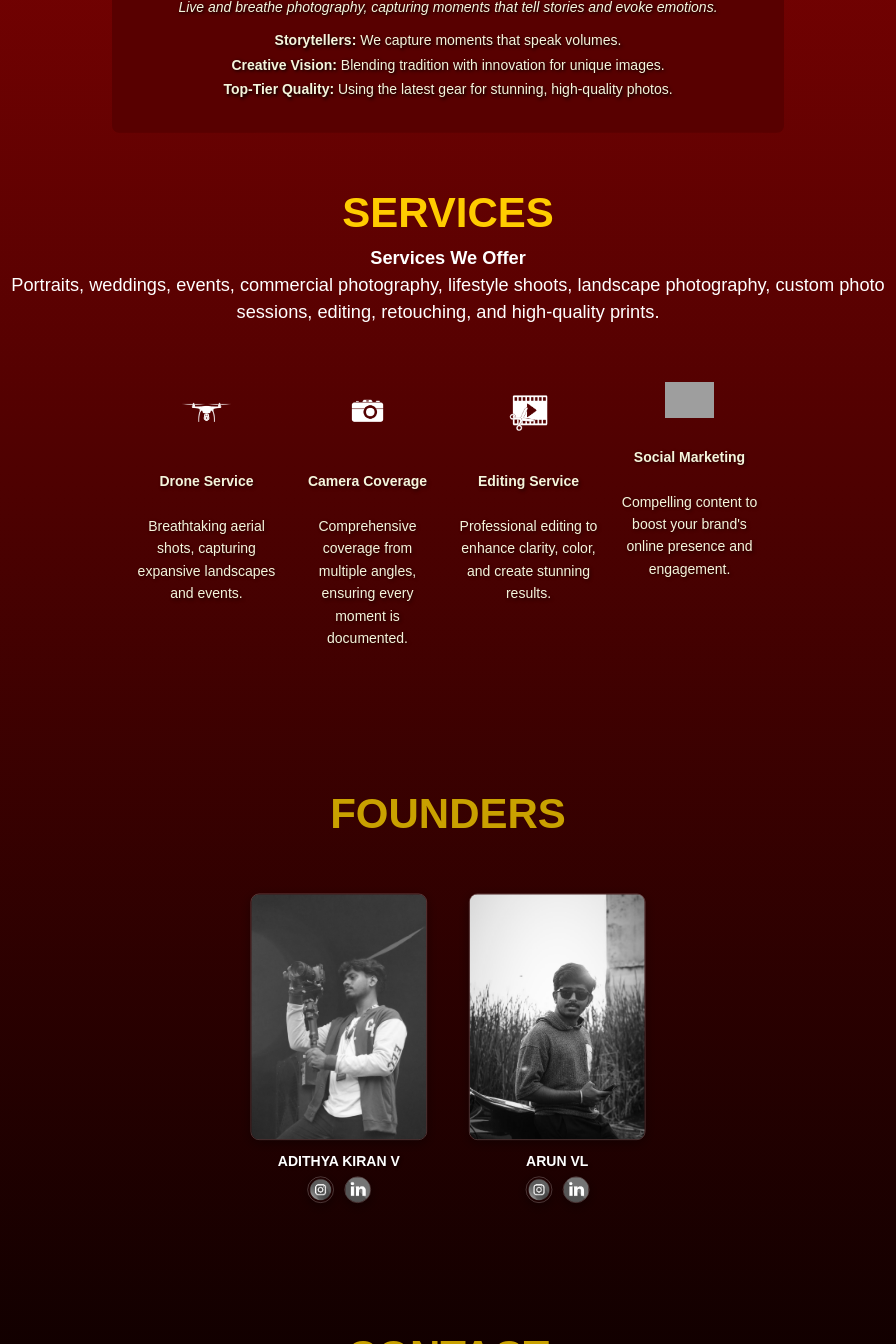
Repository: adithyakiran47/lensverse-frontend
Page: / (app in frontend/)
An editor plug-in stored every save of this project. The page is shown before and after the next save, followed by the edit.
The browser window is 1280 px wide. The pictures show the part of the page from y = 991 to 2911 px (the page is 3283 px tall before and 3472 px after), at 70% of full size.
Pictures or frames that could not be fetched are drawn as grey boxes. The project was rebuilt for these pictures with package versions that can differ from the ones it lists, and the page was loaded fresh each time. Also part of the build but not shown: frontend/src/components/BookingForm.css, frontend/src/components/BookingForm.js.

Above is the page before, as saved 2025-06-20 22:06:42.

### frontend/public/index.html
<!DOCTYPE html>
<html lang="en">
  <head>
    <meta charset="utf-8" />
    <link rel="icon" href="%PUBLIC_URL%/favicon.ico" />
    <meta name="viewport" content="width=device-width, initial-scale=1" />
    <meta name="theme-color" content="#000000" />
    <meta
      name="description"
      content="Web site created using create-react-app"
    />
    <link rel="apple-touch-icon" href="%PUBLIC_URL%/logo192.png" />
    <!--
      manifest.json provides metadata used when your web app is installed on a
      user's mobile device or desktop. See https://developers.google.com/web/fundamentals/web-app-manifest/
    -->
    <link rel="manifest" href="%PUBLIC_URL%/manifest.json" />
    <!--
      Notice the use of %PUBLIC_URL% in the tags above.
      It will be replaced with the URL of the `public` folder during the build.
      Only files inside the `public` folder can be referenced from the HTML.

      Unlike "/favicon.ico" or "favicon.ico", "%PUBLIC_URL%/favicon.ico" will
      work correctly both with client-side routing and a non-root public URL.
      Learn how to configure a non-root public URL by running `npm run build`.
    -->
    <title>React App</title>
  </head>
  <body>
    <noscript>You need to enable JavaScript to run this app.</noscript>
    <div id="root"></div>
    <!--
      This HTML file is a template.
      If you open it directly in the browser, you will see an empty page.

      You can add webfonts, meta tags, or analytics to this file.
      The build step will place the bundled scripts into the <body> tag.

      To begin the development, run `npm start` or `yarn start`.
      To create a production bundle, use `npm run build` or `yarn build`.
    -->
      <footer class="footer">
  <div class="footer-content">
    <p>© 2025 <strong>Lensverse</strong>. All rights reserved.</p>
    <p>Made with ❤️ by the Lensverse Team</p>
  </div>
</footer>

  </body>
</html>

### frontend/src/App.js
import React, { useState } from 'react';
import './App.css';

import Header from './components/Header';
import Banner from './components/Banner';
import About from './components/About';
import Services from './components/Services';
import Team from './components/Team';
import Contact from './components/Contact';
import BookingForm from './components/BookingForm';


function App() {
  const [showForm, setShowForm] = useState(false);

  return (
    <>
      <Header />
      <Banner onBookClick={() => setShowForm(true)} />
      <About />
      <Services />
      <Team />
      <Contact />

      {showForm && (
  <div className="popup-backdrop">
    <div className="popup-form">
      <BookingForm
        onClose={() => setShowForm(false)}
        onSuccess={() => setShowForm(false)}
      />
    </div>
  </div>
)}

    </>
  );
}

export default App;

### frontend/src/App.css
.App {
  text-align: center;
}

.App-logo {
  height: 40vmin;
  pointer-events: none;
}

@media (prefers-reduced-motion: no-preference) {
  .App-logo {
    animation: App-logo-spin infinite 20s linear;
  }
}

.App-header {
  background-color: #282c34;
  min-height: 100vh;
  display: flex;
  flex-direction: column;
  align-items: center;
  justify-content: center;
  font-size: calc(10px + 2vmin);
  color: white;
}

.App-link {
  color: #61dafb;
}

@keyframes App-logo-spin {
  from {
    transform: rotate(0deg);
  }
  to {
    transform: rotate(360deg);
  }
}
.popup-backdrop {
  position: fixed;
  top: 0;
  left: 0;
  height: 100%;
  width: 100%;
  background: rgba(0, 0, 0, 0.7);
  display: flex;
  align-items: center;
  justify-content: center;
  z-index: 999;
}

.popup-form {
  background: transparent; /* ✅ remove white */
  box-shadow: none;        /* optional: remove white drop shadow */
  border: none;
  padding: 0;
}

.close-btn {
  position: absolute;
  top: 10px;
  right: 15px;
  background: none;
  border: none;
  font-size: 20px;
  cursor: pointer;
}
.banner {
  display: flex;
  justify-content: space-between;
  align-items: center;
  padding: 40px;
  max-width: 1200px;
  margin: auto;
}

.banner h2 {
  font-size: 2rem;
  margin-bottom: 10px;
}

.banner p {
  font-size: 1.1rem;
  margin-bottom: 20px;
}

.banner button {
  padding: 10px 20px;
  background-color: #003f70;
  color: white;
  border: none;
  border-radius: 5px;
  cursor: pointer;
  font-size: 1rem;
}

.banner img {
  max-width: 150px;
  height: auto;
}

.banner-left {
  flex: 1;
  padding-right: 20px;
}

.banner-right {
  flex: 0 0 200px;
  display: flex;
  justify-content: center;
  align-items: center;
}
/* App.css */
body {
  margin: 0;
  padding: 0;
  background: linear-gradient(to bottom, #a00202, #000000);
  font-family: 'Segoe UI', Tahoma, Geneva, Verdana, sans-serif;
  color: white;
}

.footer {
  background: rgba(0, 0, 0, 0.6);
  padding: 30px 20px;
  text-align: center;
  color: #ddd;
  font-family: "Montserrat", sans-serif;
  font-size: 14px;
  /*border-top: 1px solid rgba(255, 255, 255, 0.1);*/
}

.footer-content p {
  margin: 6px 0;
  text-shadow: 1px 1px 4px rgba(0, 0, 0, 0.5);
}

.footer-content strong {
  color: #ff4c4c;
}
.popup-form {
  height: 50vh;              /* ✅ 50% of screen height */
  overflow-y: auto;          /* ✅ vertical scroll enabled */
  overflow-x: hidden;        /* ❌ disable horizontal scroll */
  padding: 30px;
  border-radius: 20px;
  background: transparent;
  box-shadow: 0 10px 40px rgba(0, 0, 0, 0.3);
}
.glass-form {
  width: 100%;
  max-width: 720px;
  margin: 0 auto;
  padding: 20px;
  box-sizing: border-box;
}

### frontend/src/components/Header.js
// src/components/Header.js
import React from 'react';
import './Header.css'; // We'll create this next

const Header = () => {
  return (
    <div id="header">
      <div className="container">
        <div className="head1">
          <h1>LENSVERSE</h1>
        </div>
      </div>
    </div>
  );
};

export default Header;

### frontend/src/components/Banner.js
import React from 'react';
import './Banner.css';

const Banner = ({ onBookClick }) => {
  return (
    <div id="banner">
      <div className="container">
        <div className="banner-wrapper">
          <div className="banner-left">
            <h2 className="cap">Capturing every moment with precision</h2>
            <p>Lensverse, your coverage team in action!</p>
            <div className="from">
              <button onClick={onBookClick}>BOOK</button>
            </div>
          </div>
          <div className="banner-right">
            <img src="channel logo new transparent.png" alt="Lensverse Banner" />
          </div>
        </div>
      </div>
    </div>
  );
};

export default Banner;

### frontend/src/components/About.js
import React from 'react';
import './About.css';

const About = () => {
  return (
    <div id="about">
      <div className="container">
        <div className="about-wrapper">
          <div className="about-content">
            <h2>About Us - LENSVERSE</h2>
            <p><em>Live and breathe photography, capturing moments that tell stories and evoke emotions.</em></p>
            <ul>
              <li><b>Storytellers:</b> We capture moments that speak volumes.</li>
              <li><b>Creative Vision:</b> Blending tradition with innovation for unique images.</li>
              <li><b>Top-Tier Quality:</b> Using the latest gear for stunning, high-quality photos.</li>
            </ul>
          </div>
        </div>
      </div>
    </div>
  );
};

export default About;

### frontend/src/components/Services.js
// src/components/Services.js
import React from 'react';
import './Services.css';

const Services = () => {
  return (
    <div id="services">
      <div className="container">
        <div className="service-title">
          <h3>SERVICES</h3>
          <p><b>Services We Offer</b><br />
            Portraits, weddings, events, commercial photography, lifestyle shoots, landscape photography, custom photo sessions, editing, retouching, and high-quality prints.
          </p>
        </div>

        <div className="service-details">
          <div className="service-detail">
            <img src="/drone.png" alt="Drone Service" />
            <p><b>Drone Service</b><br /><br />Breathtaking aerial shots, capturing expansive landscapes and events.</p>
          </div>

          <div className="service-detail">
            <img src="/camera.png" alt="Camera Coverage" />
            <p><b>Camera Coverage</b><br /><br />Comprehensive coverage from multiple angles, ensuring every moment is documented.</p>
          </div>

          <div className="service-detail">
            <img src="/editing.png" alt="Editing Service" />
            <p><b>Editing Service</b><br /><br />Professional editing to enhance clarity, color, and create stunning results.</p>
          </div>

          <div className="service-detail">
            <img src="/social.png" alt="Social Marketing" />
            <p><b>Social Marketing</b><br /><br />Compelling content to boost your brand's online presence and engagement.</p>
          </div>
        </div>
      </div>
    </div>
  );
};

export default Services;

### frontend/src/components/Team.js
// src/components/Team.js
import React from 'react';
import './Team.css';

const Team = () => {
  return (
    <div id="team">
      <div className="container">
        <div className="members">
          <h4>FOUNDERS</h4>
          <div className="member service-details">

            <div className="kiran">
              <img src="IMG_0384.JPG" alt="Adithya Kiran V" />
              <h5>ADITHYA KIRAN V</h5>
              <div className="social">
                <a href="https://www.instagram.com/adithya.x/" target="_blank" rel="noreferrer">
                  <img src="/instagramlogo.png" alt="Instagram" />
                </a>
                <a href="https://linkedin.com" target="_blank" rel="noreferrer">
                  <img src="linkedin.png" alt="LinkedIn" />
                </a>
              </div>
            </div>

            <div className="vl">
              <img src="IMG_0383.JPG" alt="Arun VL" />
              <h6>ARUN VL</h6>
              <div className="social">
                <a href="https://www.instagram.com/__arun_vl__/" target="_blank" rel="noreferrer">
                  <img src="/instagramlogo.png" alt="Instagram" />
                </a>
                <a href="https://linkedin.com" target="_blank" rel="noreferrer">
                  <img src="linkedin.png" alt="LinkedIn" />
                </a>
              </div>
            </div>

          </div>
        </div>
      </div>
    </div>
  );
};

export default Team;

### frontend/src/components/Contact.js
// src/components/Contact.js
import React from 'react';
import './Contact.css';

const Contact = () => {
  return (
    <div id="contact">
      <div className="container">
        <div className="contactdetails">
          <h4>CONTACT</h4>
          <div className="contact-details">

            <div className="instapng">
              <a href="https://www.instagram.com/__lensverse__/" target="_blank" rel="noreferrer">
                <img src="instagramlogo.png" alt="Instagram" />
              </a>
            </div>

            <div className="mailpng">
              <a href="mailto:lensversecontact@gmail.com">
                <img src="mail.png" alt="Email" />
              </a>
            </div>

          </div>
        </div>
      </div>
    </div>
  );
};

export default Contact;

### frontend/src/components/Header.css
#header {
  background: rgba(255, 255, 255, 0.1); /* Light transparent white */
  backdrop-filter: blur(10px); /* Creates the frosted glass blur */
  -webkit-backdrop-filter: blur(10px); /* For Safari */
  padding: 15px 0;
  text-shadow: 2px 2px 5px rgba(0, 0, 0, 0.485);
  border-bottom: 1px solid rgba(255, 255, 255, 0.2); /* Optional border */
  box-shadow: 0 4px 10px rgba(0, 0, 0, 0.2); /* Optional soft shadow */
  color:aliceblue;
}

.head1 h1 {
  font-family: "Bebas Neue", sans-serif;
  font-size: 50px;
  color: white;
  transition: color 0.3s ease;
  text-align: center;
  margin: 0;

}

.head1 h1:hover{
  color:rgb(196, 196, 196);
}

### frontend/src/components/Banner.css
#banner {
 /* background: linear-gradient(to bottom, #ff0000, #000000); /* Optional gradient */
  color: aliceblue;
  padding: 60px 20px;
  text-align: center; /* Center all content */
}

.banner-wrapper {
  display: flex;
  flex-direction: column; /* Stack content vertically */
  align-items: center;
  gap: 30px;
}

.banner-left .cap {
  font-size: 42px; /* Increased font size */
  font-weight: 600;
  margin-bottom: 20px;
  font-family: "Bebas Neue", sans-serif;
  text-shadow: 2px 2px 6px rgba(0, 0, 0, 0.5);
}

.banner-left p {
  font-size: 20px;
  margin-bottom: 30px;
  color: #ddd;
}

.from button {
  background-color: rgb(0, 55, 94);
  color: white;
  font-size: 18px;
  padding: 14px 28px;
  border: none;
  border-radius: 8px;
  cursor: pointer;
  transition: background-color 0.3s ease, transform 0.2s ease;
}

.from button:hover {
  background-color: rgb(0, 75, 120);
  transform: scale(1.05);
}

/* Banner image */
.banner-right img {
  max-width: 500px;
  height: auto;
  filter: drop-shadow(0 0 6px rgba(0, 0, 0, 0.3));
}

### frontend/src/components/About.css
#about {
  padding: 60px 20px;
  text-align: center;
}

.about-wrapper {
  max-width: 900px;
  margin: 0 auto;
  padding: 30px;
  background-color: rgb(88, 0, 0);
  border-radius: 10px;
  color: beige;
  text-shadow: 2px 2px 5px rgb(0, 0, 0);
  transition: background-color 0.3s ease, border 0.3s ease;
}


.about-content h2 {
  font-size: 40px;
  font-family: "Montserrat", sans-serif;
  margin-bottom: 20px;
}

.about-content p {
  font-size: 20px;
  font-family: "Montserrat", sans-serif;
  margin-bottom: 25px;
}

.about-content ul {
  list-style: none;
  padding-left: 0;
  font-size: 20px;
  font-family: "Montserrat", sans-serif;
}

.about-content li {
  margin-bottom: 12px;
}

.about-wrapper:hover {
  background-color: rgb(110, 0, 0);
  box-shadow: 0 8px 20px rgba(0, 0, 0, 0.4);
}
.about-content h2 {
  transition: transform 0.3s ease;
}

.about-wrapper:hover .about-content h2 {
  transform: scale(1.05);
}

### frontend/src/components/Services.css
/* Title Section */
.service-title {
  text-align: center;
  font-family: "Teko", sans-serif;
  margin-bottom: 40px;
}

.service-title h3 {
  font-size: 60px;
  color: rgb(255, 204, 0);
  margin: 20px 0 0 0;
}

.service-title p {
  color: #ffffff;
  font-size: 26px;
  margin-top: 10px;
  line-height: 1.5;
}

/* Services Container */
.service-details {
  display: flex;
  flex-wrap: wrap;
  justify-content: center;
  gap: 30px;
  padding: 40px 20px;
  /*background-color: rgba(205, 42, 45, 0.819);*/
  color: beige;
  font-family: "Montserrat", sans-serif;
  /*border-radius: 10px;
  border: 1px solid rgba(0, 0, 0, 0.397);*/
  text-shadow: 2px 2px 5px rgba(0, 0, 0, 0.485);
  transition: background-color 0.3s ease, border 0.3s ease;
}


.service-details:hover {
  background-color: rgba(253, 242, 241, 0.25);
  border: 1px solid rgba(0, 0, 0, 0.7);
  color: black;
}

/* Individual Card */
.service-detail {
  flex-basis: 200px;
  text-align: center;
  max-width: 250px;

}

.service-detail img {
  width: 70px;
  margin-bottom: 15px;
}

.service-detail p {
  font-size: 20px;
  line-height: 1.6;
}

### frontend/src/components/Team.css
#team {
  display: flex;
  justify-content: center;
  padding: 60px 20px;
  background-color: transparent;
  color: white;
  text-align: center;
}

.members h4 {
  font-family: "Teko", sans-serif;
  font-size: 60px;
  color: rgb(201, 161, 0);
  margin-bottom: 40px;
}

.member {
  display: flex;
  flex-wrap: wrap;
  justify-content: center;
  gap: 60px;
}

/* Each profile block */
.kiran, .vl {
  max-width: 280px;
}

.kiran img,
.vl img {
  width: 250px;
  height: 350px; /* Recommended size */
  object-fit: cover;
  border-radius: 12px;
  border: 1px solid rgba(255, 255, 255, 0.3);
  box-shadow: 0 4px 15px rgba(0, 0, 0, 0.4);
  filter: grayscale(100%);
  transition: filter 0.4s ease, transform 0.3s ease;
}

.kiran img:hover,
.vl img:hover {
  filter: grayscale(0%);
  transform: scale(1.03);
}

h5, h6 {
  font-size: 20px;
  margin: 15px 0 10px 0;
  font-family: "Montserrat", sans-serif;
  color: white;
}

.social {
  display: flex;
  justify-content: center;
  gap: 15px;
  margin-top: 10px;
}

.social img {
  width: 36px;
  height: 36px;
  border-radius: 50%;
  transition: transform 0.3s ease;
}

.social img:hover {
  transform: scale(1.2);
}

### frontend/src/components/Contact.css
.contactdetails {
  text-align: center;
  font-size: 60px;
  font-family: "Teko", sans-serif;
  color: rgb(201, 161, 0);
  margin-top: 40px;
}

.contact-details {
  display: flex;
  justify-content: center;
  gap: 30px;
  padding: 30px;
  margin-top: 20px;
  /*background-color: rgba(0, 0, 0, 0.819);*/
  border-radius: 10px;
  border: 1px solid rgba(0, 0, 0, 0.397);
  transition: background-color 0.3s ease, border 0.3s ease;
}

/*.contact-details:hover {
  background-color: rgba(253, 242, 241, 0.377);
  border: 1px solid rgba(0, 0, 0, 0.7);
}*/

.contact-details img {
  height: 50px;
  width: 50px;
  border-radius: 5px;
  transition: transform 0.2s ease;
}

.contact-details img:hover {
  transform: scale(1.1);
}

Loaded but not shown: frontend/src/index.js (common file); frontend/src/index.css (common file); frontend/src/reportWebVitals.js (common file)

After the next save:
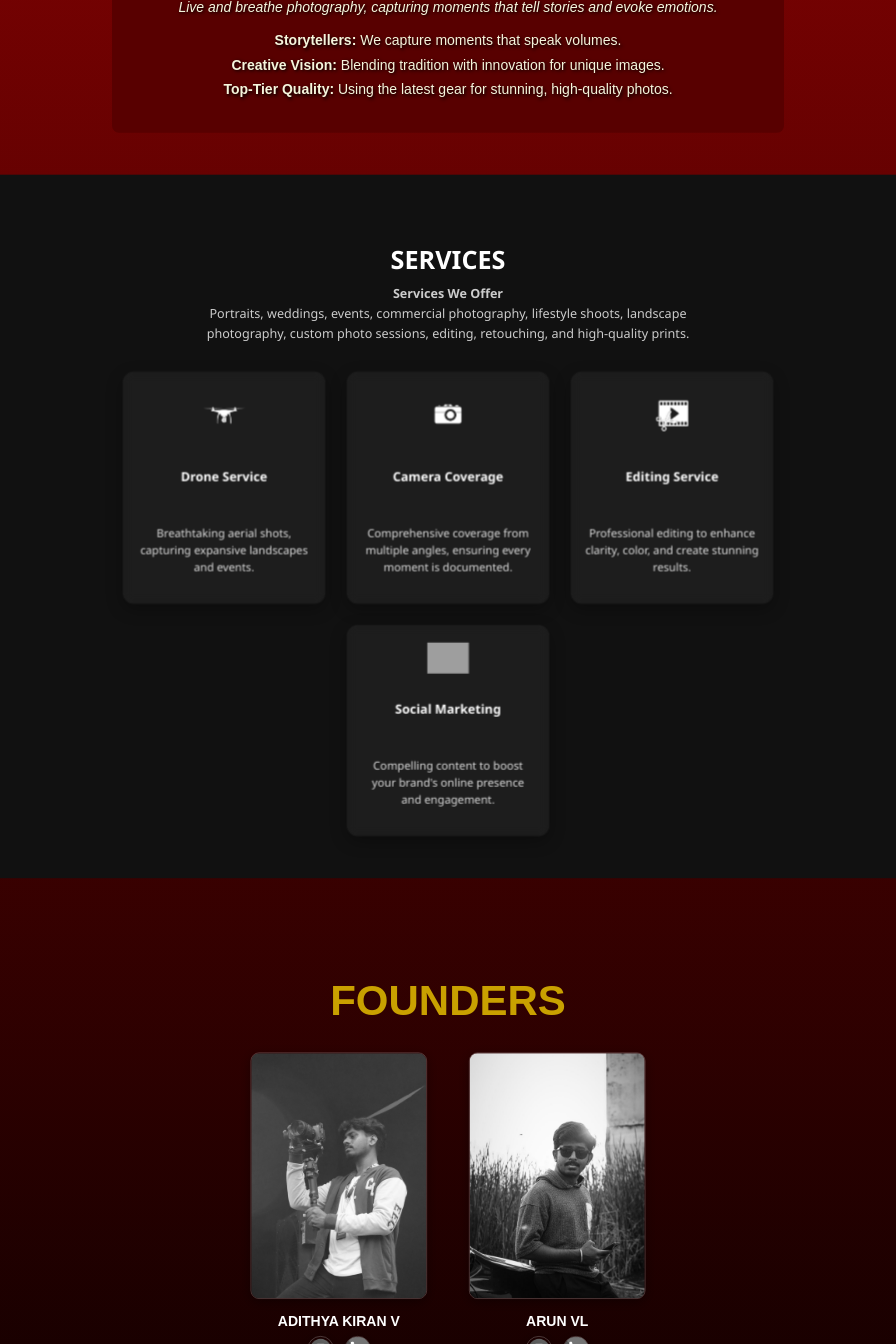
Saved 53 s later.
--- a/frontend/src/components/Services.css
+++ b/frontend/src/components/Services.css
@@ -1,60 +1,63 @@
-/* Title Section */
-.service-title {
+#services {
+  padding: 60px 20px;
+  background-color: #111;
+  color: #f0f0f0;
   text-align: center;
-  font-family: "Teko", sans-serif;
-  margin-bottom: 40px;
 }
 
 .service-title h3 {
-  font-size: 60px;
-  color: rgb(255, 204, 0);
-  margin: 20px 0 0 0;
+  font-size: 36px;
+  margin-bottom: 10px;
+  font-weight: bold;
+  color: #fff;
 }
 
 .service-title p {
-  color: #ffffff;
-  font-size: 26px;
-  margin-top: 10px;
-  line-height: 1.5;
+  font-size: 18px;
+  color: #ccc;
+  max-width: 700px;
+  margin: 0 auto 40px auto;
+  line-height: 1.6;
 }
 
-/* Services Container */
 .service-details {
   display: flex;
   flex-wrap: wrap;
   justify-content: center;
   gap: 30px;
-  padding: 40px 20px;
-  /*background-color: rgba(205, 42, 45, 0.819);*/
-  color: beige;
-  font-family: "Montserrat", sans-serif;
-  /*border-radius: 10px;
-  border: 1px solid rgba(0, 0, 0, 0.397);*/
-  text-shadow: 2px 2px 5px rgba(0, 0, 0, 0.485);
-  transition: background-color 0.3s ease, border 0.3s ease;
 }
 
-
-.service-details:hover {
-  background-color: rgba(253, 242, 241, 0.25);
-  border: 1px solid rgba(0, 0, 0, 0.7);
-  color: black;
+.service-detail {
+  background: rgba(255, 255, 255, 0.05);
+  backdrop-filter: blur(8px);
+  padding: 25px 20px;
+  border-radius: 16px;
+  width: 250px;
+  box-shadow: 0 8px 24px rgba(0, 0, 0, 0.3);
+  text-align: center;
+  transition: transform 0.3s ease, box-shadow 0.3s ease;
 }
 
-/* Individual Card */
-.service-detail {
-  flex-basis: 200px;
-  text-align: center;
-  max-width: 250px;
-
+.service-detail:hover {
+  transform: translateY(-8px);
+  box-shadow: 0 12px 30px rgba(255, 255, 255, 0.15);
 }
 
 .service-detail img {
-  width: 70px;
+  width: 60px;
+  height: auto;
   margin-bottom: 15px;
 }
 
 .service-detail p {
-  font-size: 20px;
-  line-height: 1.6;
+  font-size: 16px;
+  color: #e0e0e0;
+  line-height: 1.5;
 }
+
+.service-detail b {
+  display: block;
+  font-size: 18px;
+  color: #fff;
+  margin-bottom: 8px;
+}
